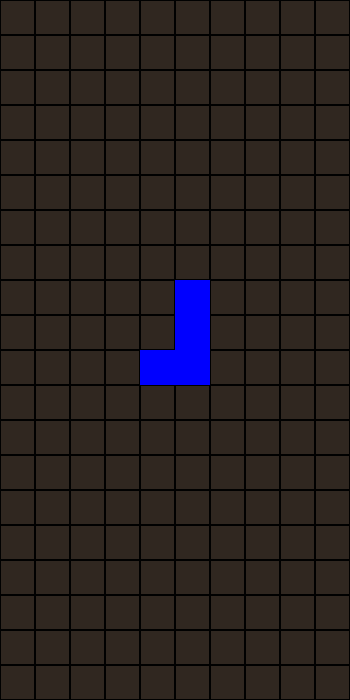
Repository: lucacdev/Tetris
Script's output: python main.py
These files come from the project's save history. The script's output is drawn as it stood at one moment and after the next save; the edit follows.
The window is shown after at most 60 frames with no key pressed. Random numbers start from a fixed seed.

Above is the script's output before, as saved 2024-02-29 18:39:14.

After the next save:
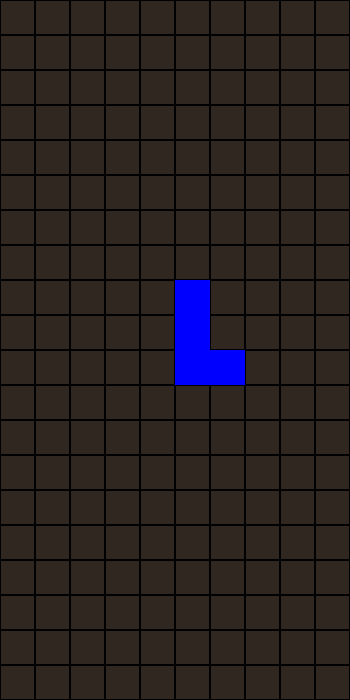
Saved 9 s later.
--- a/tetromino.py
+++ b/tetromino.py
@@ -15,7 +15,7 @@
 class Tetromino:
     def __init__(self, tetris):
         self.tetris = tetris
-        self.shape = 'J'
+        self.shape = 'L'
         self.blocks = [Block(self, pos) for pos in TETROMINOES[self.shape]]
 
     def update(self):
